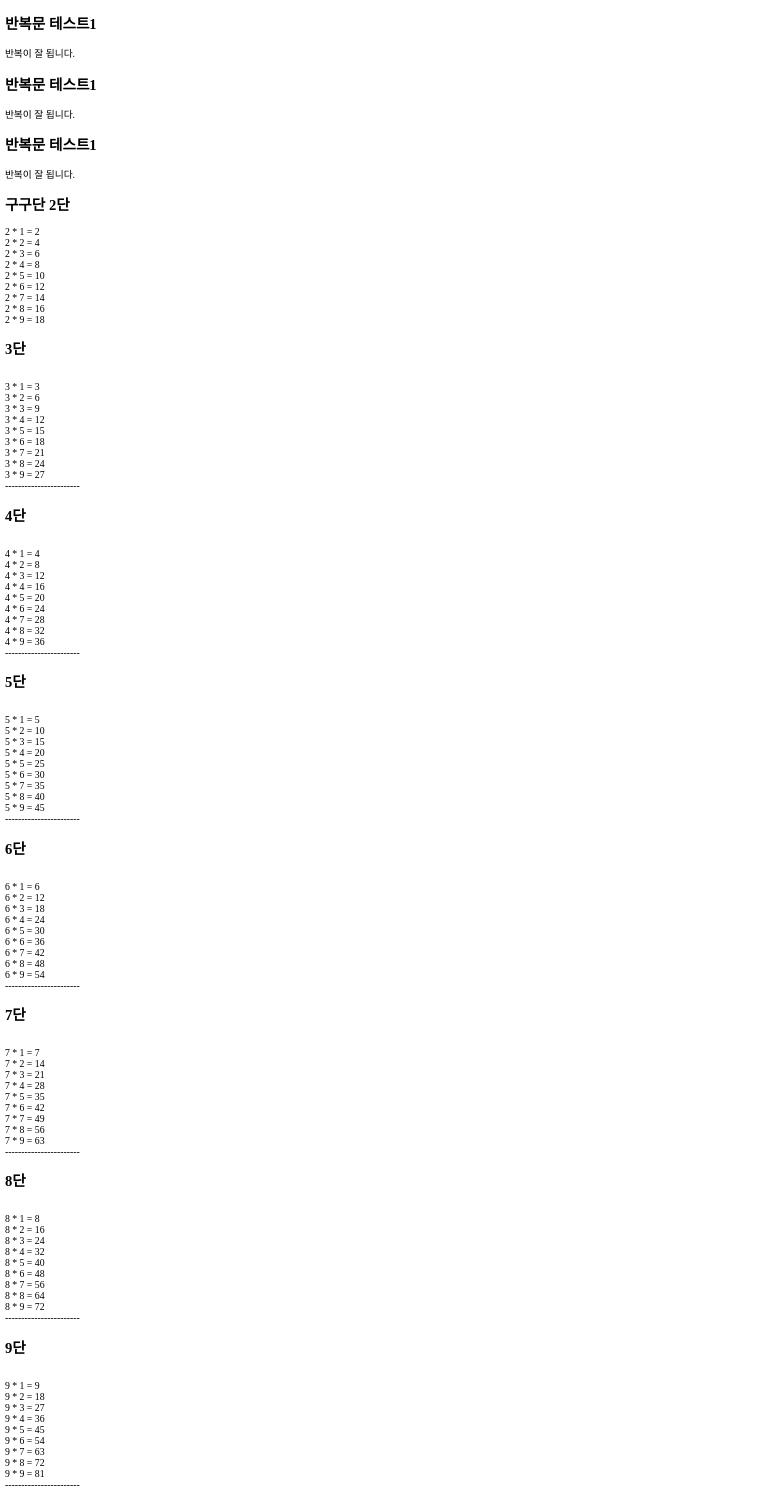
Repository: eun-chongzzz/jsp_practice
Page: http://localhost/JSPBasic/jspTag/Scriptlet.jsp
These files come from the project's save history. The page is drawn as it stood at one moment and after the next save; the edit follows.
The browser window is 1280 px wide. The pictures show the whole page, at 61% of full size.
The page is served by Tomcat 9.

Above is the page before, as saved 2022-01-28 02:58:56.

### JSPBasic/src/main/webapp/jspTag/Scriptlet.jsp
<%@ page language="java" contentType="text/html; charset=UTF-8"
    pageEncoding="UTF-8"%>
<!DOCTYPE html>
<html>
<head>
<meta charset="UTF-8">
<title>Insert title here</title>
</head>
<body>
	<!-- 스크립트릿 내부에는 자바 코드를 작성할 수 있으며
	이 코드를 반영해 페이지가 구성됩니다. -->
	<% for(int i = 0; i < 3; i++){ %>
		<h2>반복문 테스트1</h2>
		<p>
			반복이 잘 됩니다.
		</p>
	<% } %>

	<!-- 구구단 코드를 작성해주세요.
	System.out.println() 이 괄호 내 구문을 콘솔에 찍히게 해줬다면
	out.println()은 html화면에 괄호 내 구문을 콘솔에 찍히게 해줍니다.
	(javascript의 document.write()와 같은 역할)-->
	<h2>구구단 2단</h2>
	<%
	for (int i=2; i < 3; i++){
		for(int j=1; j<10; j++){
			out.println(i + " * " + j + " = " + i * j +"<br/>");
		}
	}
	%>
	<!-- 2단 되신분들은 3단부터 나머지도 다 출력해주세요. -->
	<%
	for (int i = 3; i < 10; i++){
			out.println("<h2>"+ i + "단" + "</h2>" + "<br/>");
		for(int j = 1; j < 10; j++){
			out.println(i + " * " + j + " = " + i * j + "<br/>");
		} out.println("----------------------- <br/>" );
	}
	%>

</body>
</html>

After the next save:
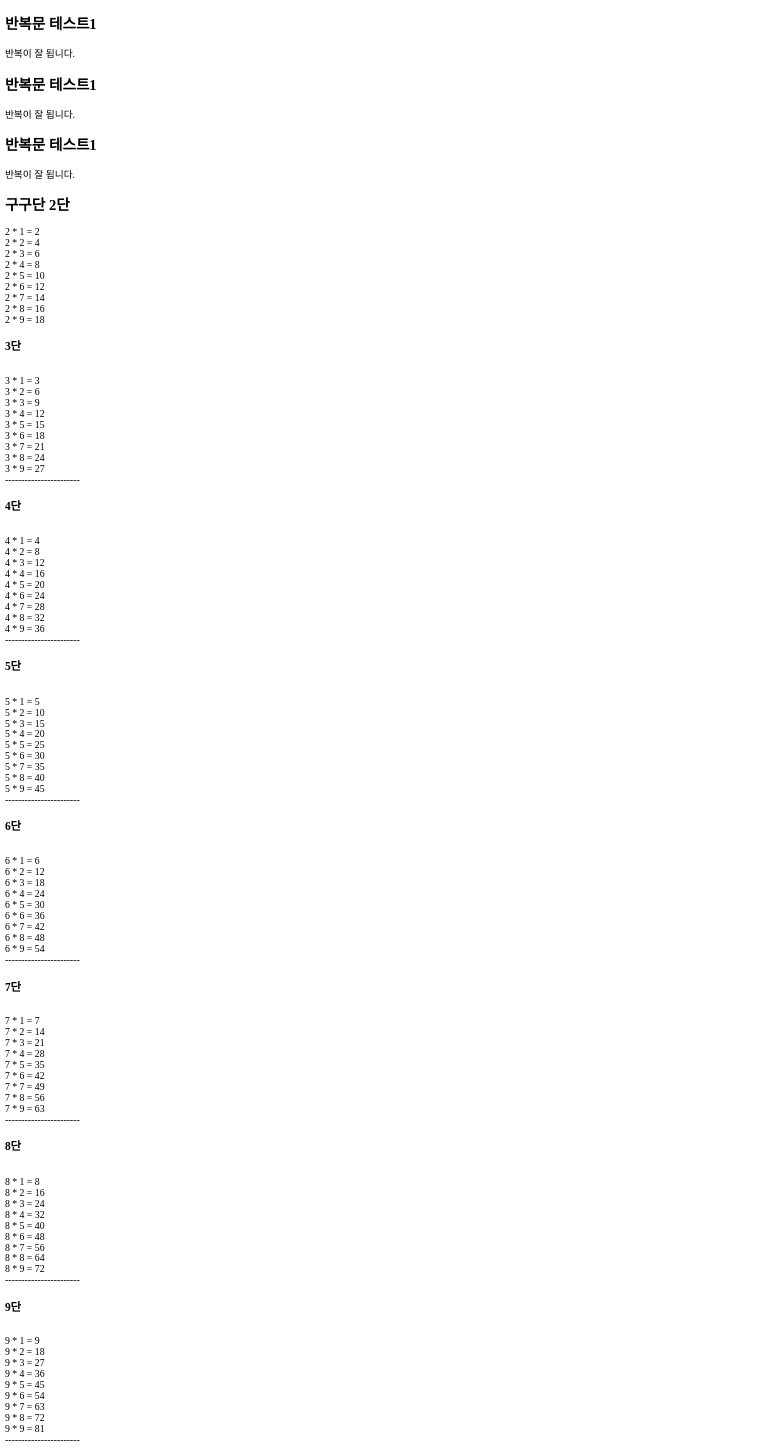
Saved 26 s later.
--- a/JSPBasic/src/main/webapp/jspTag/Scriptlet.jsp
+++ b/JSPBasic/src/main/webapp/jspTag/Scriptlet.jsp
@@ -31,7 +31,7 @@
 	<!-- 2단 되신분들은 3단부터 나머지도 다 출력해주세요. -->
 	<%
 	for (int i = 3; i < 10; i++){
-			out.println("<h2>"+ i + "단" + "</h2>" + "<br/>");
+			out.println("<h3>"+ i + "단" + "</h3>" + "<br/>");
 		for(int j = 1; j < 10; j++){
 			out.println(i + " * " + j + " = " + i * j + "<br/>");
 		} out.println("----------------------- <br/>" );
